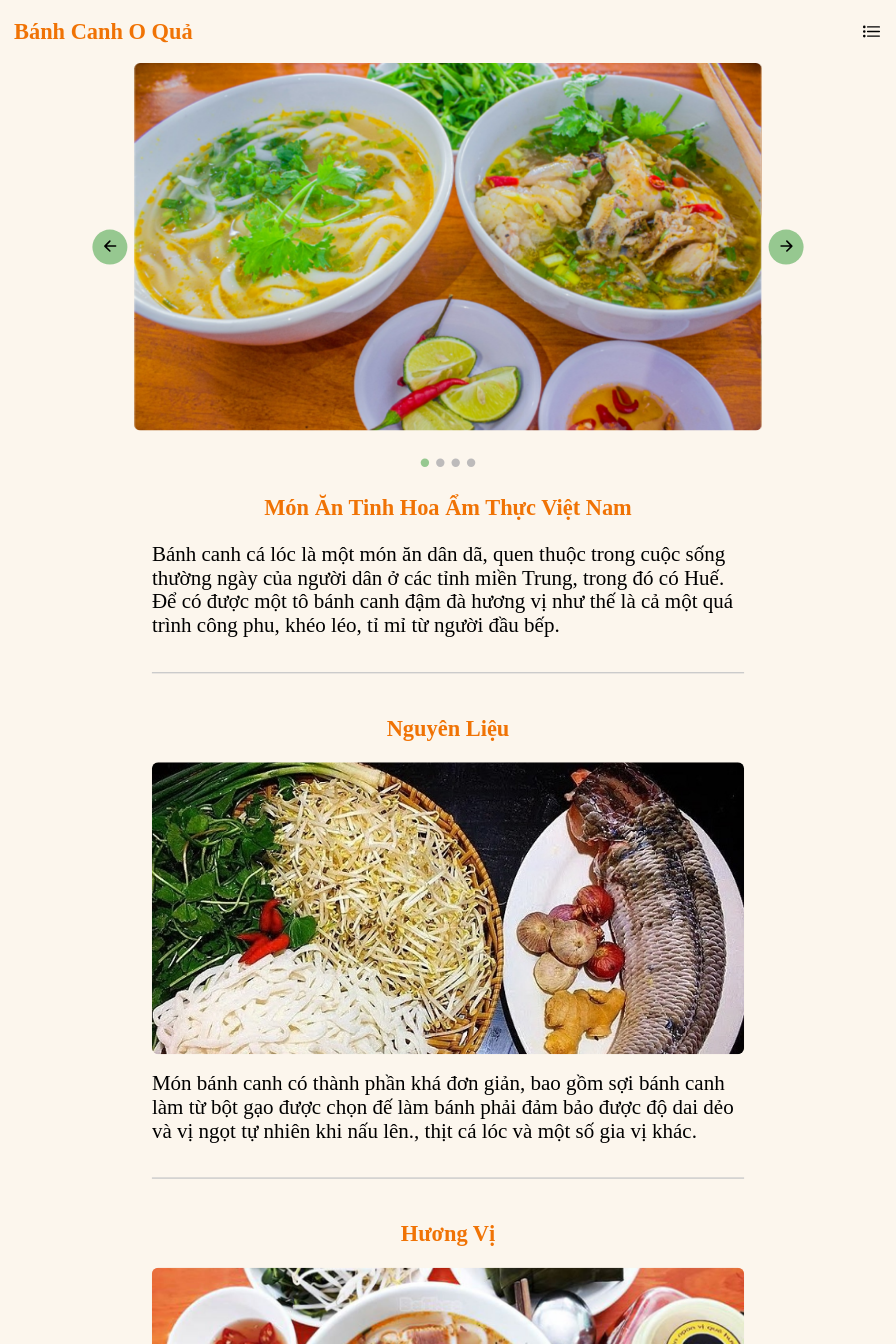
Repository: LeCongTuan2608/AmThuc
Page: index.html
An editor plug-in stored every save of this project. The page is shown before and after the next save, followed by the edit.
The browser window is 1280 px wide. The pictures show the part of the page from y = 0 to 1920 px (the page is 3454 px tall), at 70% of full size.
Some web fonts or font styles are not loaded; a fallback is used. Some web libraries are served in a nearby version. The style sheet was rebuilt from its Sass, Less or Tailwind sources for each picture, by a compiler version that may differ from the author's.

Above is the page before, as saved 2022-04-15 14:09:31.

After the next save:
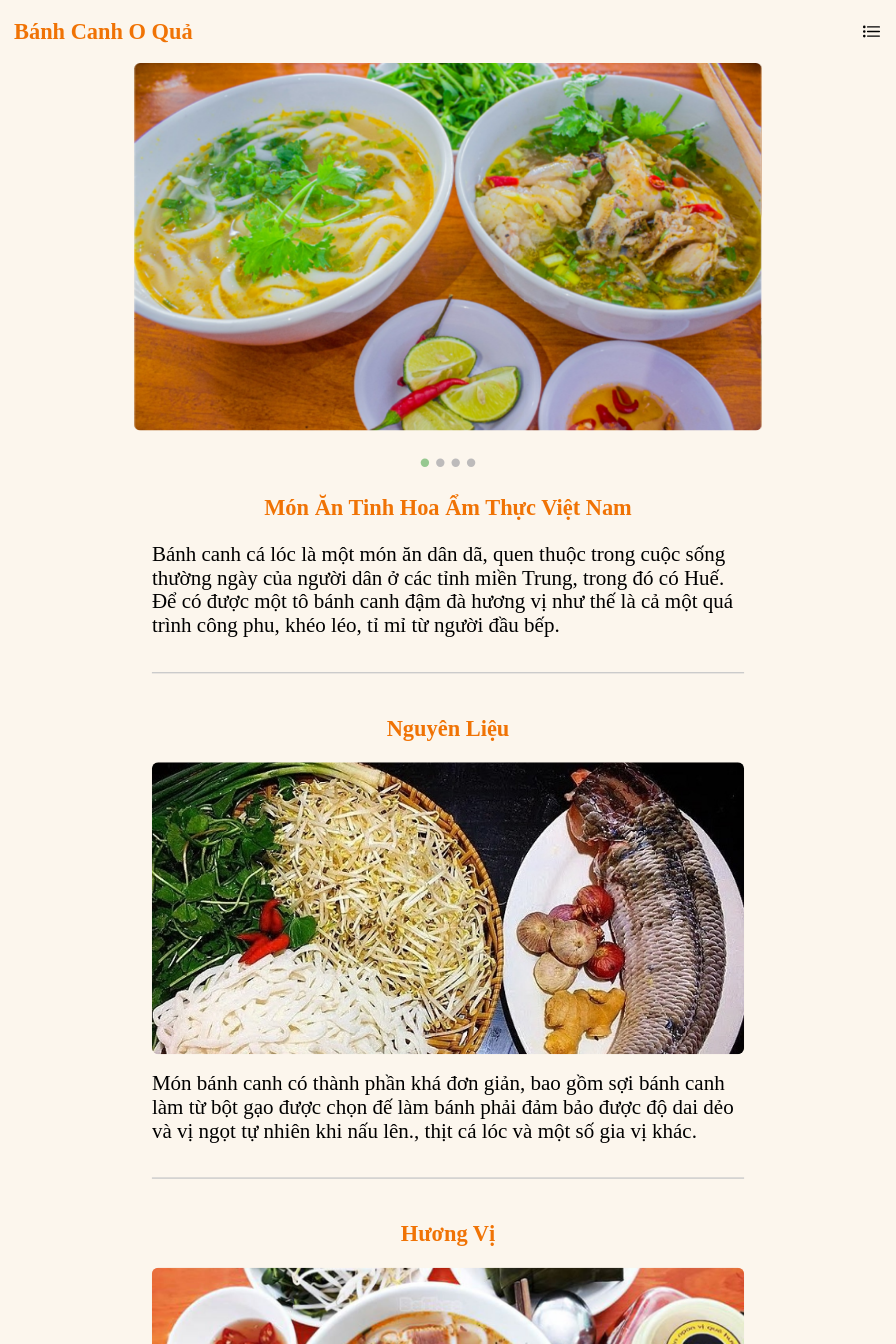
Saved 14 s later.
--- a/Javascript/app.js
+++ b/Javascript/app.js
@@ -1,7 +1,7 @@
 $(document).ready(function () {
    $('.top').slick({
       infinite: true,
-      arrows: true,
+      arrows: false,
       draggable: false,
       dots: true,
       //   autoplay: true,

After the save that followed:
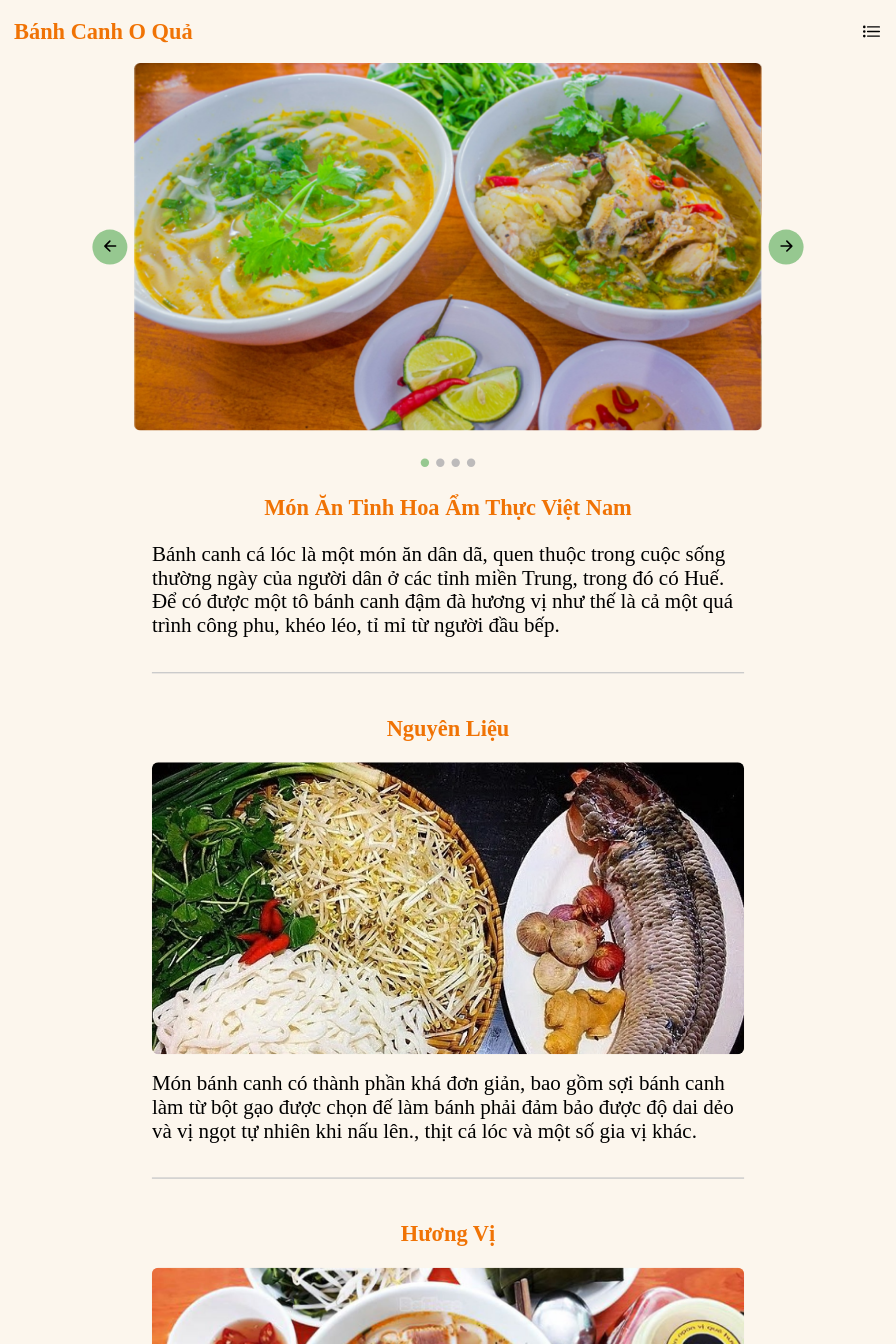
Saved 7 s later.
--- a/Javascript/app.js
+++ b/Javascript/app.js
@@ -1,14 +1,14 @@
 $(document).ready(function () {
    $('.top').slick({
       infinite: true,
-      arrows: false,
+      arrows: true,
       draggable: false,
       dots: true,
       //   autoplay: true,
       //   autoplaySpeed: 1500,
       responsive: [
          {
-            breakpoint: 500,
+            breakpoint: 501,
             settings: {
                arrows: false,
             },
